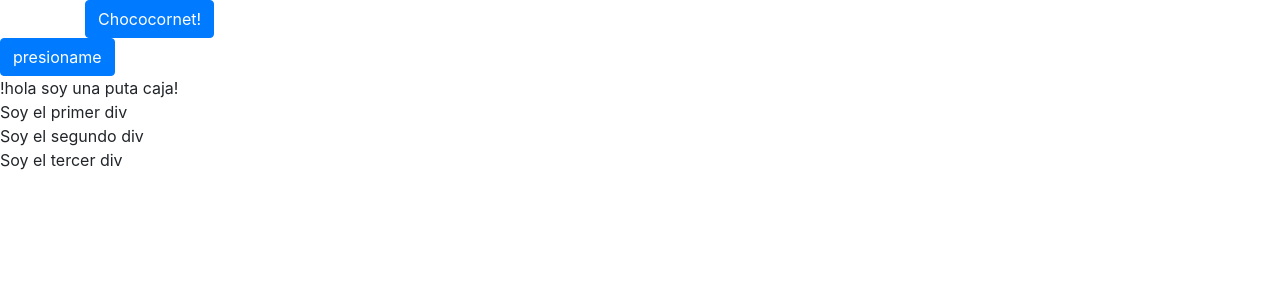
Repository: gitmadacode/practica_javascript
Page: Inicio/index.html
The author's editor kept a copy of each file at every save. The page is drawn from the files as they stood at one save, then again after the next save.
The browser window is 1280 px wide. The pictures show the whole page.

Above is the page before, as saved 2019-09-09 17:39:01.

After the next save:
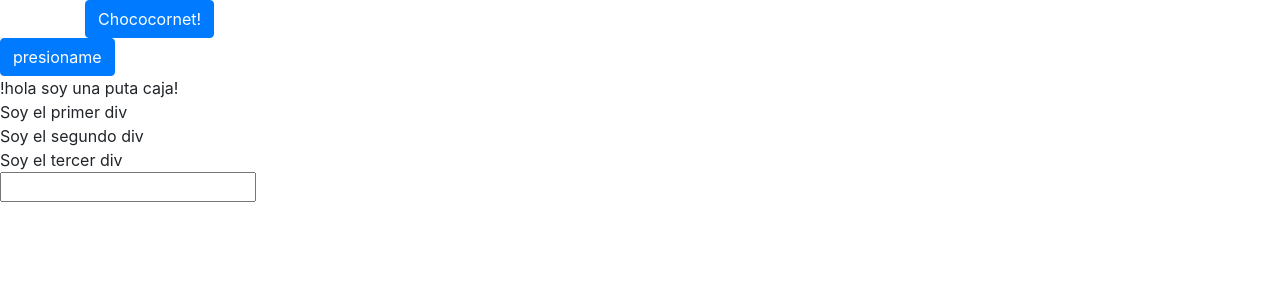
Saved 13 min 23 s later.
--- a/Inicio/index.html
+++ b/Inicio/index.html
@@ -22,6 +22,9 @@
 <div class="amarillo">Soy el primer div</div>
 <div class="rojo">Soy el segundo div</div>
 <div class="rojo">Soy el tercer div</div>
+<form>
+    <input type="text" name="nombre" id="campo_nombre"/>
+</form>
     <script src="node_modules/sweetalert2/dist/sweetalert2.all.min.js"></script>
     <script type ="text/javascript" src="js/eventos.js "></script>  <!---para llamar al archivo JS-->
 
